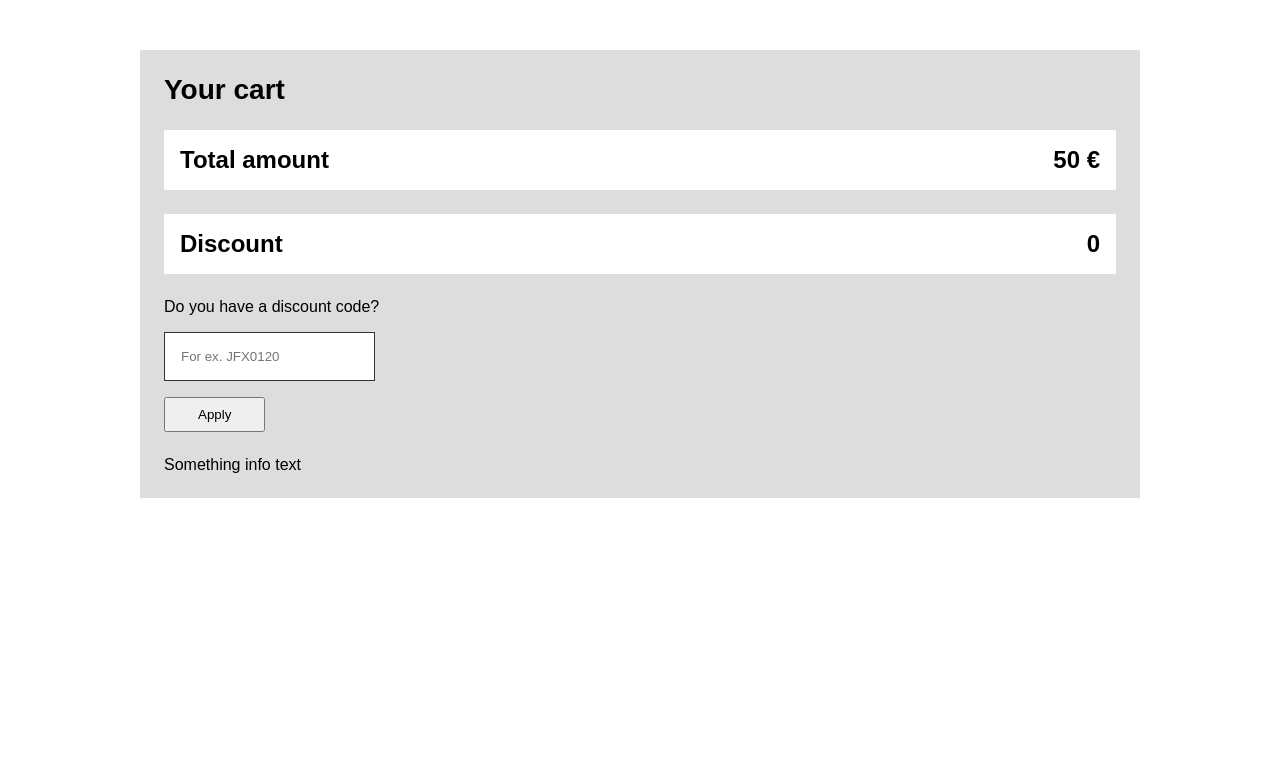
Repository: kcvijay/cart-discoutcodes
Page: /
An editor plug-in stored every save of this project. The page is shown before and after the next save, followed by the edit.
The browser window is 1280 px wide. The pictures show the whole page.
The project was rebuilt for these pictures with package versions that can differ from the ones it lists, and the page was loaded fresh each time. Also part of the build but not shown: src/App.css.

Above is the page before, as saved 2023-05-17 12:36:38.

### public/index.html
<!DOCTYPE html>
<html lang="en">
  <head>
    <meta charset="utf-8" />
    <link rel="icon" href="%PUBLIC_URL%/favicon.ico" />
    <meta name="viewport" content="width=device-width, initial-scale=1" />
    <meta name="theme-color" content="#000000" />
    <meta
      name="description"
      content="Discount Codes searching, fetching and enabling for the cart system."
    />
    <link rel="apple-touch-icon" href="%PUBLIC_URL%/logo192.png" />
    <link rel="manifest" href="%PUBLIC_URL%/manifest.json" />
    <title>Discount Codes for Cart</title>
  </head>
  <body>
    <noscript>You need to enable JavaScript to run this app.</noscript>
    <div id="root"></div>

  </body>
</html>

### src/index.css
* {
  margin: 0;
  padding: 0;
  box-sizing: border-box;
  scroll-behavior: smooth;
}

body {
  max-width: 100vw;
  min-height: 100vh;
  font-family: Arial, Helvetica, sans-serif;
}

.main-wrapper {
  max-width: 1000px;
  min-height: auto;
  background-color: #ddd;
  margin: 50px auto;
  padding: 1.5rem;
}

.content-header {
  font-size: 1.75rem;
  margin-bottom: 1.5rem;
}

.detail-block {
  display: flex;
  justify-content: space-between;
  padding: 1rem;
  background: #fff;
  margin-bottom: 1.5rem;
}
/****/
/****/

form {
  margin-bottom: 1.5rem;
}

form label {
  display: block;
  margin-bottom: 1rem;
}

form input {
  padding: 1rem;
  font-family: inherit;
  min-width: 200px;
  border: 1px solid #333;
}

form button {
  display: block;
  margin-top: 1rem;
  padding: .5rem 2rem;
  font-family: inherit;
}

### src/App.tsx
import React from "react";
import "./App.css";
import CartInput from "./CartInput";

function App() {
  return (
    <div className="App">
      <CartInput />
    </div>
  );
}

export default App;

### src/CartInput.tsx
import React, { useState } from "react";
import axios from "axios";

interface Codes {
  code: string;
  isUsed: boolean;
  discountPercentage: number;
  validUntil: Date;
}

const CartInput = () => {
  const [isLoading, setIsLoading] = useState<boolean>(false);
  const [totalAmount, setTotalAmount] = useState<number>(50);
  const [discountAmount, setDiscountAmount] = useState<number>(0);
  const [discountCodes, setDiscountCodes] = useState<Codes[]>([]);
  const [searchValue, setSearchValue] = useState<string>("");

  const handleSearchDiscountCode = async () => {
    setIsLoading(true);
    try {
      const res = await axios.get("http://localhost:4000/discountCodes");
      const codeData = res.data;
      setDiscountCodes(codeData);
      setIsLoading(false);
    } catch (error: any) {
      alert(error.message);
    }
  };

  const handleSearchChange = (e: React.ChangeEvent<HTMLInputElement>) => {
    setSearchValue(e.target.value);
  };

  const handleDiscountApplication = (e: any) => {
    e.preventDefault();
    handleSearchDiscountCode();

    if (
      discountCodes.length > 0 &&
      discountCodes.map((codeset) => codeset.code === searchValue.toUpperCase())
    ) {
      console.log("discount is applied");
    } else {
      console.log("Error. Either discount code is not valid or used already.");
    }
  };

  return (
    <div className="main-wrapper">
      <h2 className="content-header">Your cart</h2>
      <div className="detail-block">
        <h2>Total amount</h2>
        <h2>{totalAmount} €</h2>
      </div>
      <div className="detail-block">
        <h2>Discount</h2>
        <h2>{"0"}</h2>
      </div>

      <form>
        <label htmlFor="discountCode">Do you have a discount code?</label>
        <input
          type="text"
          name="discountCode"
          id="discountCode"
          placeholder="For ex. JFX0120"
          onChange={handleSearchChange}
        />
        <button type="submit" onClick={handleDiscountApplication}>
          Apply
        </button>
      </form>
      <p className="info-text">Something info text</p>
    </div>
  );
};

export default CartInput;

Loaded but not shown: src/index.tsx (common file); src/reportWebVitals.ts (common file)

After the next save:
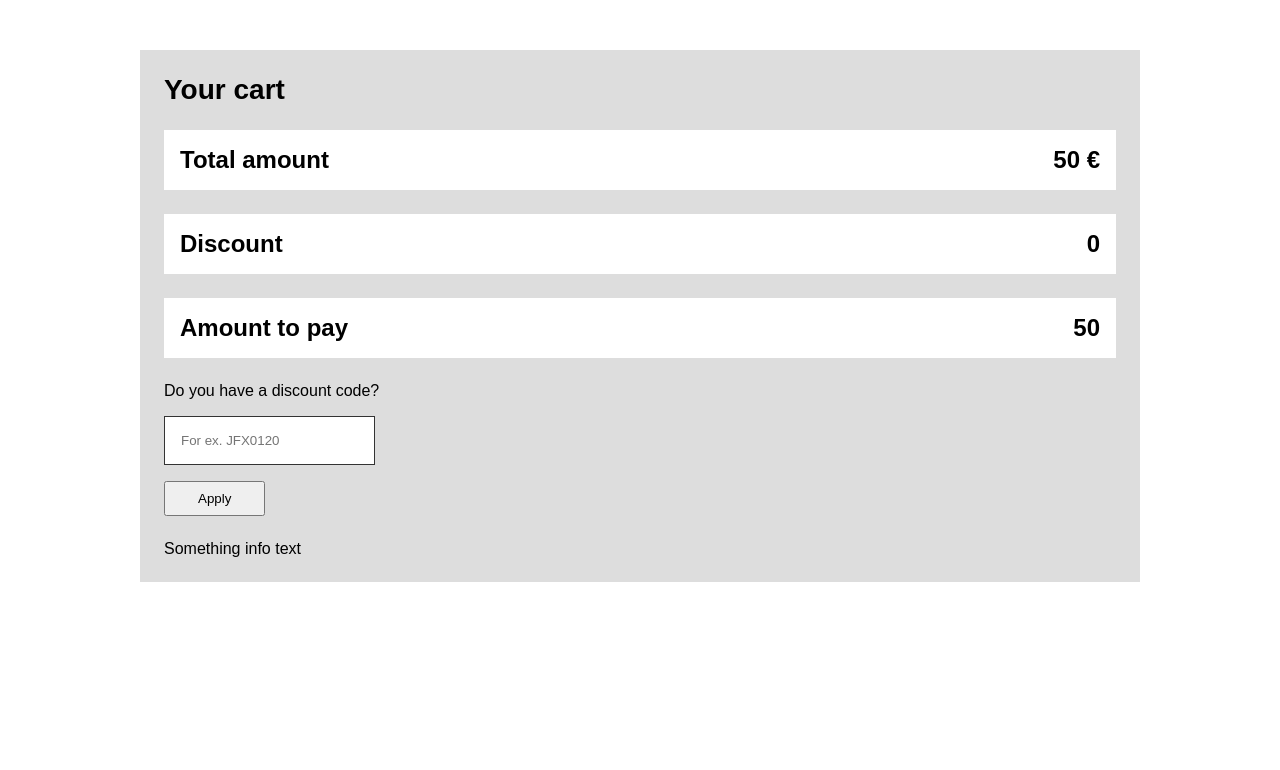
Saved 5 min 20 s later.
--- a/src/CartInput.tsx
+++ b/src/CartInput.tsx
@@ -12,6 +12,7 @@ const CartInput = () => {
   const [isLoading, setIsLoading] = useState<boolean>(false);
   const [totalAmount, setTotalAmount] = useState<number>(50);
   const [discountAmount, setDiscountAmount] = useState<number>(0);
+  const [amountToBePaid, setAmountToBePaid] = useState<number>(totalAmount);
   const [discountCodes, setDiscountCodes] = useState<Codes[]>([]);
   const [searchValue, setSearchValue] = useState<string>("");
 
@@ -35,13 +36,13 @@ const CartInput = () => {
     e.preventDefault();
     handleSearchDiscountCode();
 
-    if (
-      discountCodes.length > 0 &&
-      discountCodes.map((codeset) => codeset.code === searchValue.toUpperCase())
-    ) {
-      console.log("discount is applied");
-    } else {
-      console.log("Error. Either discount code is not valid or used already.");
+    if (discountCodes.length > 0) {
+      discountCodes.map((codeset) => {
+        if (codeset.code === searchValue.toUpperCase() && !codeset.isUsed) {
+          console.log("discount is applied");
+          return setDiscountAmount(totalAmount * codeset.discountPercentage);
+        }
+      });
     }
   };
 
@@ -55,6 +56,10 @@ const CartInput = () => {
       <div className="detail-block">
         <h2>Discount</h2>
         <h2>{"0"}</h2>
+      </div>
+      <div className="detail-block">
+        <h2>Amount to pay</h2>
+        <h2>{totalAmount}</h2>
       </div>
 
       <form>
